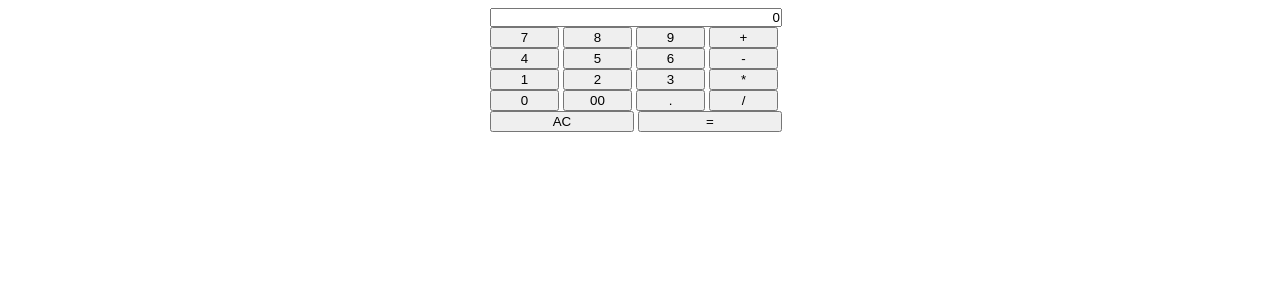
Repository: 7121yamamotorina/memo
Page: index2.html
The author's editor kept a record of every edit. The page is drawn from the files as they stood at one moment, then again after the next edit.
The browser window is 1280 px wide. The pictures show the whole page.
Some web libraries are served in a nearby version.

Above is the page before.

After the next edit:
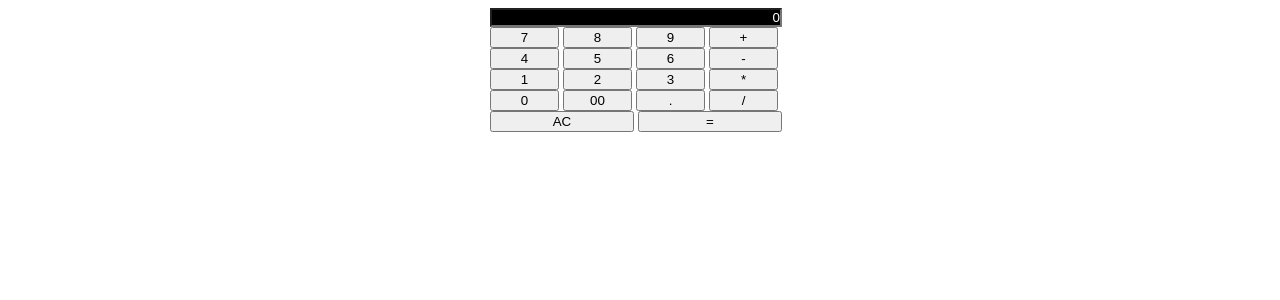
The edit:
--- a/main2.css
+++ b/main2.css
@@ -8,6 +8,8 @@
   padding: 0;
   margin: 0;
   text-align: right;
+  background-color: black;
+  color: white;
 }
 
 button{
